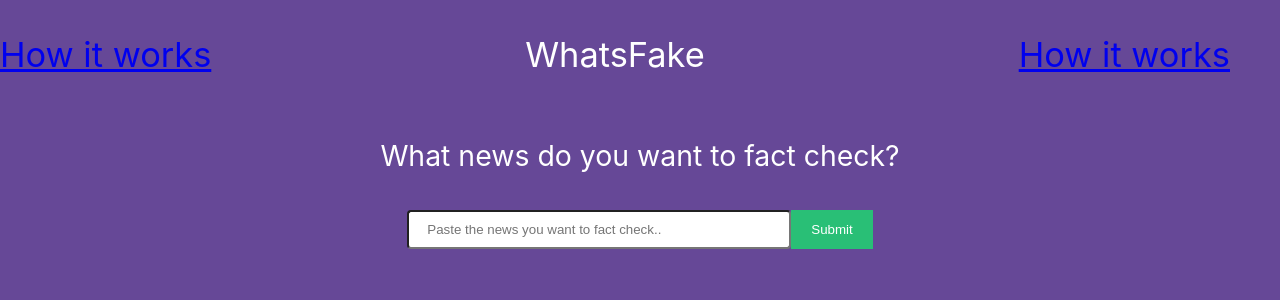
Repository: alkalox/FakeNews
Page: /
An editor plug-in stored every save of this project. The page is shown before and after the next save, followed by the edit.
The browser window is 1280 px wide. The pictures show the whole page.
The project was rebuilt for these pictures with package versions that can differ from the ones it lists, and the page was loaded fresh each time.

Above is the page before, as saved 2019-04-23 19:53:54.

### src/App.js
import React, { Component } from 'react';
import { BrowserRouter as Router, Route, Link } from "react-router-dom";
import './App.css';

class App extends Component {
  render () {
    return (
    <Router>
      <div>
        <Route path="/" exact component={Home} />
        <Route path="/howitworks" exact component={How} />
      </div>
    </Router>)
  }
}

class Home extends Component {
  constructor(props) {
    super(props);
    this.state = {
      value: '',
      str: '',
      result: '',
      isResult: false,
    };

    this.handleChange = this.handleChange.bind(this);
    this.handleSubmit = this.handleSubmit.bind(this);
  }

  handleChange(event) {
    this.setState({value: event.target.value});
  }

  handleSubmit(event) {
    this.setState({str: this.state.value});
    this.getPrediction();
    event.preventDefault();
  }

  getPrediction = async() => {
    const response = await fetch('http://127.0.0.1:5000/string?stringname=' + this.state.value)
    const convert = await response.json()
    this.setState({result:convert})
    this.setState({isResult:true})
  }


  render() {
    return (
      <div className="App">
        <div className = "Header">
          <header className="App-header">
            <p className = "left">
              <Link to="/howitworks">How it works</Link>
            </p>
            <p>
              WhatsFake
            </p>
            <p className = "right">
              <Link to="/howitworks">How it works</Link>
            </p>
          </header>
          <p className ="text">
            What news do you want to fact check?
          </p>
          <div className="Form">
            <form onSubmit={this.handleSubmit}>
              <label>
                <input
                  type="text"
                  value={this.state.value}
                  onChange={this.handleChange}
                  placeholder = "Paste the news you want to fact check.."
                  className ="input" />
              </label>
              <input type="submit" value="Submit" className ="submit" />
            </form>
          </div>
          {this.state.isResult ? (<div className = "result">
            <p> The entered news {this.state.value} is {this.state.result}</p>
            </div>) : ( <p></p>)}
        </div>
      </div>
    );
  }
}

class How extends Component {
  render () {
    return (
      <h1>
        This is how it works
      </h1>
    )
  }
}



export default App;

### src/App.css
.App {
  text-align: center;
}
.Header {
  text-align: center;
  background-color: #664897;
  min-height: 100vh;
}
.App-header {
  display: flex;
  flex-direction: row;
  align-items: center;
  justify-content: space-between;
  font-size: calc(20px + 2vmin);
  color: white;
  margin: 150px,
}

.left {
  padding-left: 50p;
}
.right {
  padding-right: 50px;
}
.input {
  width: 30%;
  padding: 10px 18px;
  margin: 8px 0;
  box-sizing: border-box;
  border-radius: 4px;
}

.submit {
  background-color: rgba(36, 202, 116, 0.918);
  border: none;
  color: white;
  padding: 12px 20px;
  text-decoration: none;
  margin: 8px 0px;
  cursor: pointer;
}

.text {
  display: flex;
  flex-direction: column;
  align-items: center;
  justify-content: center;
  font-size: calc(14px + 2vmin);
  color: white;
}

.result {
  display: flex;
  flex-direction: column;
  align-items: center;
  justify-content: center;
  font-size: calc(14px + 2vmin);
  color: white;
}

Loaded but not shown: public/index.html (common file); src/index.js (common file); src/index.css (common file); src/serviceWorker.js (common file)

After the next save:
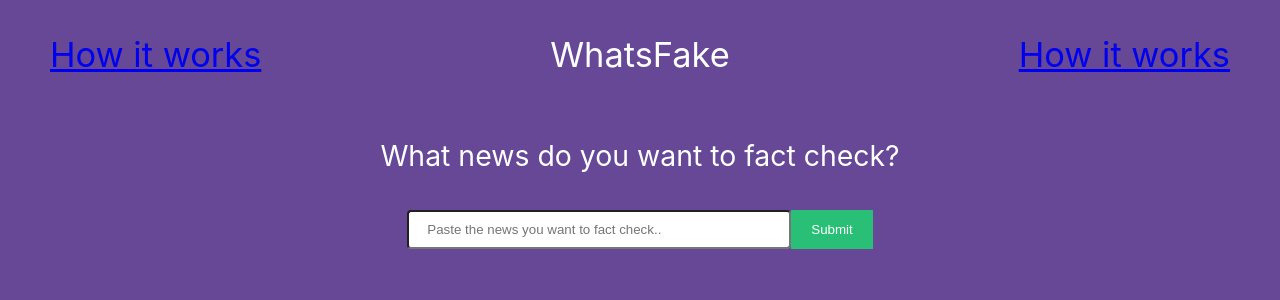
Saved 24 s later.
--- a/src/App.css
+++ b/src/App.css
@@ -17,7 +17,7 @@
 }
 
 .left {
-  padding-left: 50p;
+  padding-left: 50px;
 }
 .right {
   padding-right: 50px;
